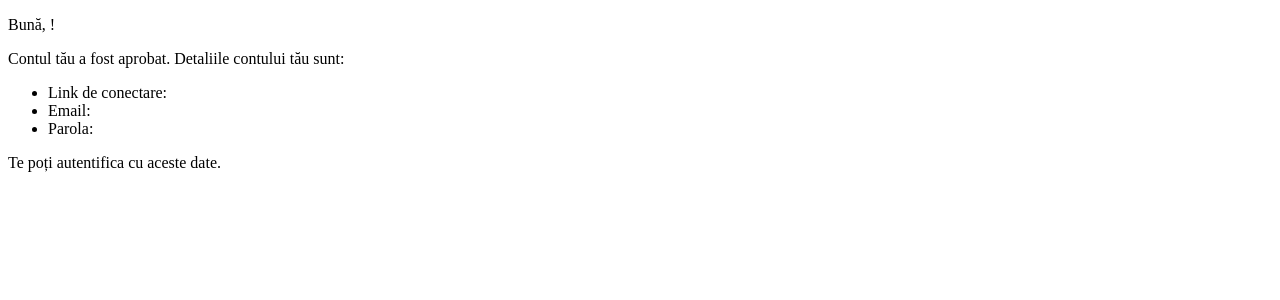
Repository: cosmin05072018/fantastic-events-manager
Page: resources/views/emails/user-accepted.blade.php
An editor plug-in stored every save of this project. The page is shown before and after the next save, followed by the edit.
The browser window is 1280 px wide. The pictures show the whole page.
The page is served by the project's Laravel application, run on PHP 8.4 with Laravel 10. Other server files are loaded and not shown. The template is opened directly, without the code that normally fills it, so the values that code supplies are empty.

Above is the page before, as saved 2024-12-01 18:12:40.

### routes/web.php
<?php

use App\Http\Controllers\ProfileController;
use Illuminate\Support\Facades\Route;
use App\Http\Controllers\Auth\RegisteredUserController;
use App\Http\Controllers\SuperAdmin\FantasticAdminController;
use App\Http\Controllers\SuperAdmin\UserManagementController;

/*
|--------------------------------------------------------------------------
| Web Routes
|--------------------------------------------------------------------------
|
| Here is where you can register web routes for your application. These
| routes are loaded by the RouteServiceProvider and all of them will
| be assigned to the "web" middleware group. Make something great!
|
*/

// radacina proiectului
Route::get('/', function () {
    return view('startApp');
})->name('StartApp');;

// pagina in care userul este notificat ca a creat contul si trebuie sa astepte aprobarea noastra
Route::get('/registration/pending', [RegisteredUserController::class, 'pending'])->name('registration.pending');


// Route::get('/dashboard', function () {
//     return view('dashboard');
// })->middleware(['auth', 'verified'])->name('dashboard');

Route::middleware('auth')->group(function () {
    Route::get('/profile', [ProfileController::class, 'edit'])->name('profile.edit');
    Route::patch('/profile', [ProfileController::class, 'update'])->name('profile.update');
    Route::delete('/profile', [ProfileController::class, 'destroy'])->name('profile.destroy');
});


// SUPER ADMIN
// Route::get('/fantastic-admin', [FantasticAdminController::class, 'index'])->name('admin.dashboard');

Route::middleware('admin.access')->prefix('fantastic-admin')->name('admin.')->group(function () {
    // Dashboard route
    Route::get('/', [FantasticAdminController::class, 'index'])->name('dashboard');

    // Users management
    Route::get('/users-management', [UserManagementController::class, 'index'])->name('users-management');

    // Accept user
    Route::put('/users/{user}/accept', [UserManagementController::class, 'acceptUser'])->name('users.accept');

    // User logout
    Route::post('/logout', [FantasticAdminController::class, 'destroy'])->name('logout');

    // Delete user
    Route::delete('/users-management/{user}', [UserManagementController::class, 'destroy'])->name('users.destroy');
});



require __DIR__ . '/auth.php';

### resources/views/emails/user-accepted.blade.php
<!DOCTYPE html>
<html>
<head>
    <title>Cont Aprobat</title>
</head>
<body>
    <p>Bună, {{ $userName }}!</p>
<p>Contul tău a fost aprobat. Detaliile contului tău sunt:</p>
<ul>
    <li>Link de conectare: <a>{{ $link }}</a></li>
    <li>Email: {{ $email }}</li>
    <li>Parola: {{ $password }}</li>
</ul>
<p>Te poți autentifica cu aceste date.</p>

</body>
</html>

Loaded but not shown: routes/auth.php (common file); app/Http/Controllers/Auth/EmailVerificationPromptController.php (common file); app/Http/Controllers/Controller.php (common file); app/Http/Controllers/Auth/VerifyEmailController.php (common file)

After the next save:
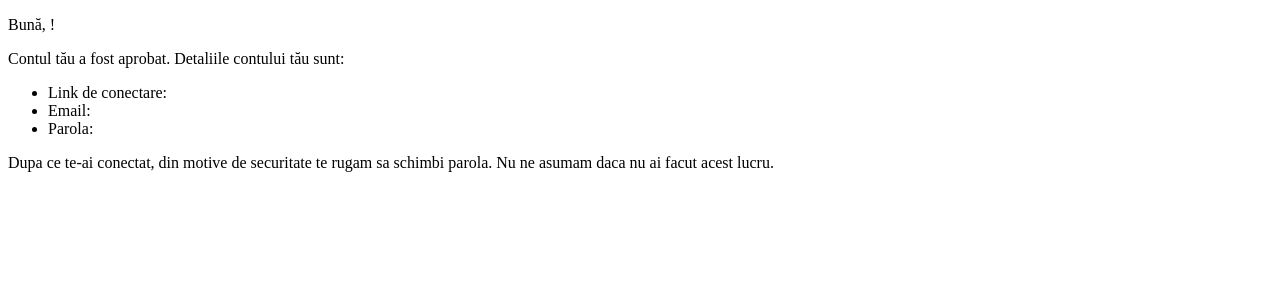
Saved 48 s later.
--- a/resources/views/emails/user-accepted.blade.php
+++ b/resources/views/emails/user-accepted.blade.php
@@ -11,7 +11,7 @@
     <li>Email: {{ $email }}</li>
     <li>Parola: {{ $password }}</li>
 </ul>
-<p>Te poți autentifica cu aceste date.</p>
+<p>Dupa ce te-ai conectat, din motive de securitate te rugam sa schimbi parola. Nu ne asumam daca nu ai facut acest lucru.</p>
 
 </body>
 </html>
